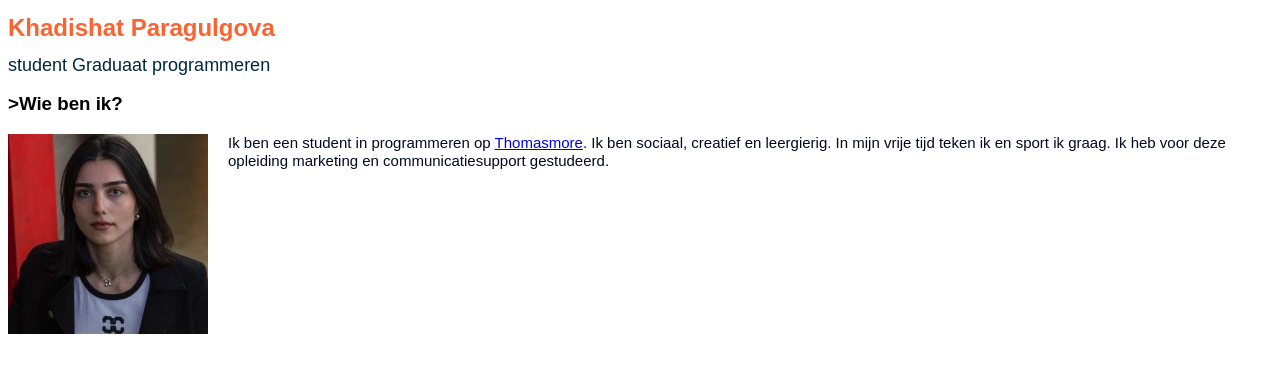
Repository: khadishat00/portfolio
Page: index.html
The author's editor kept a copy of each file at every save. The page is drawn from the files as they stood at one save, then again after the next save.
The browser window is 1280 px wide. The pictures show the whole page.

Above is the page before, as saved 2026-09-24 14:38:10.

### index.html
<!doctype html>
<html lang="en">
  <head>
    <meta charset="UTF-8" />
    <meta name="viewport" content="width=device-width, initial-scale=1.0" />
    <title>portfolio</title>
  </head>
  <style>
    html {
      font-family: Arial, sans-serif;
    }
    h1 {
      font-family: "Century Gothic", sans-serif;
      color: #fa6432;
      font-weight: bold;
      font-size: 24px;
      line-height: 24px;
    }
    h2 {
      font-family: "Century Gothic", sans-serif;
      color: #00283c;
      font-weight: normal;
      font-size: 18px;
      line-height: 18px;
    }
    p {
      font-family: Arial, sans-serif;
      color: #000a1e;
      font-size: 15px;
      line-height: 18px;
      font-weight: normal;
    }
    figure {
      float: left;
      max-width: 50%;
      margin: 0 20px 20px 0;
    }
    img {
      max-width: 100%;
    }
  </style>
  <body>
    <h1>Khadishat Paragulgova</h1>
    <h2>student Graduaat programmeren</h2>
    <h3>>Wie ben ik?</h3>
    <figure>
      <img src="profielfoto.jpg" alt="Mijn profielfoto" />
    </figure>
    <p>
      Ik ben een student in programmeren op
      <a href="https://thomasmore.be/nl">Thomasmore</a>. Ik ben sociaal,
      creatief en leergierig. In mijn vrije tijd teken ik en sport ik graag. Ik
      heb voor deze opleiding marketing en communicatiesupport gestudeerd.
    </p>
  </body>
</html>

After the next save:
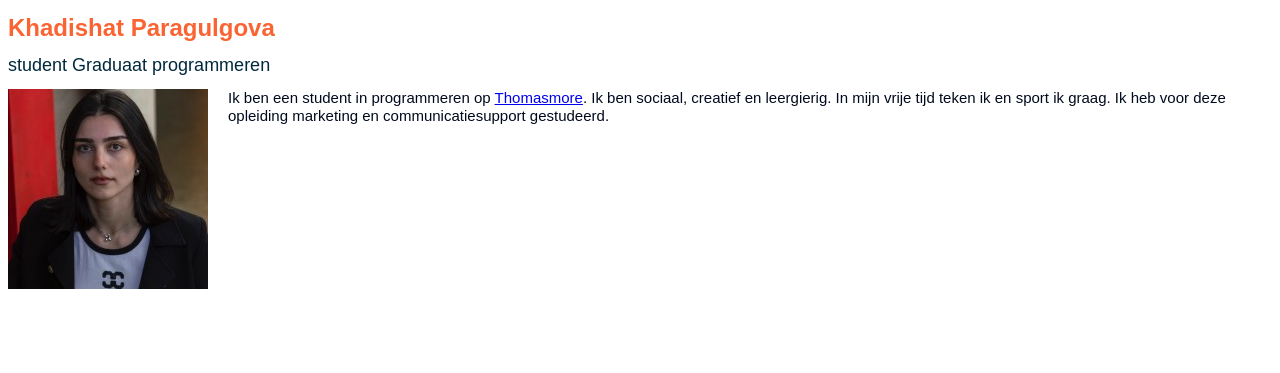
Saved 113 s later.
--- a/index.html
+++ b/index.html
@@ -42,7 +42,6 @@
   <body>
     <h1>Khadishat Paragulgova</h1>
     <h2>student Graduaat programmeren</h2>
-    <h3>>Wie ben ik?</h3>
     <figure>
       <img src="profielfoto.jpg" alt="Mijn profielfoto" />
     </figure>
